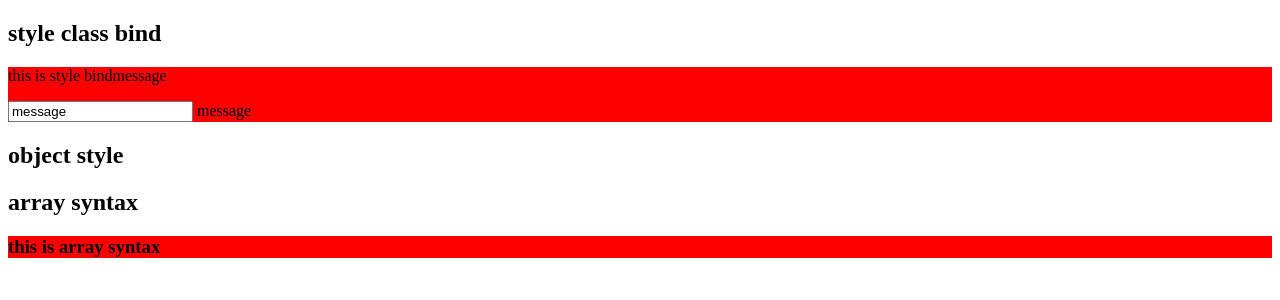
Repository: MeghaNagari/PracticeAtVMC
Page: Practice/VuePractice/WebContent/ClassStyleBind.html
The author's editor kept a copy of each file at every save. The page is drawn from the files as they stood at one save, then again after the next save.
The browser window is 1280 px wide. The pictures show the whole page.
Some web libraries are served in a nearby version.

Above is the page before, as saved 2018-03-19 18:11:22.

After the next save:
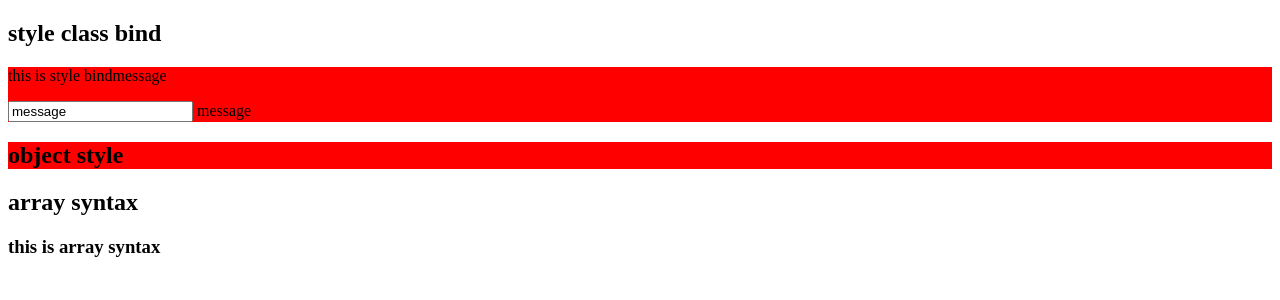
Saved 41 s later.
--- a/Practice/VuePractice/WebContent/ClassStyleBind.html
+++ b/Practice/VuePractice/WebContent/ClassStyleBind.html
@@ -29,15 +29,15 @@
 {{msg}}
 </div>
 </div>
-<div id="test2"></div>
-<div id="test3">
+
+<div id="test2">
 <div v-bind:class="classObject">
 <h2>object style</h2>
 </div>
 </div>
 
 <h2>array syntax</h2>
-<div id="test4">
+<div id="test3">
 <div v-bind:class="[activeClass, errorClass]">
 <h3>this is array syntax</h3>
 
